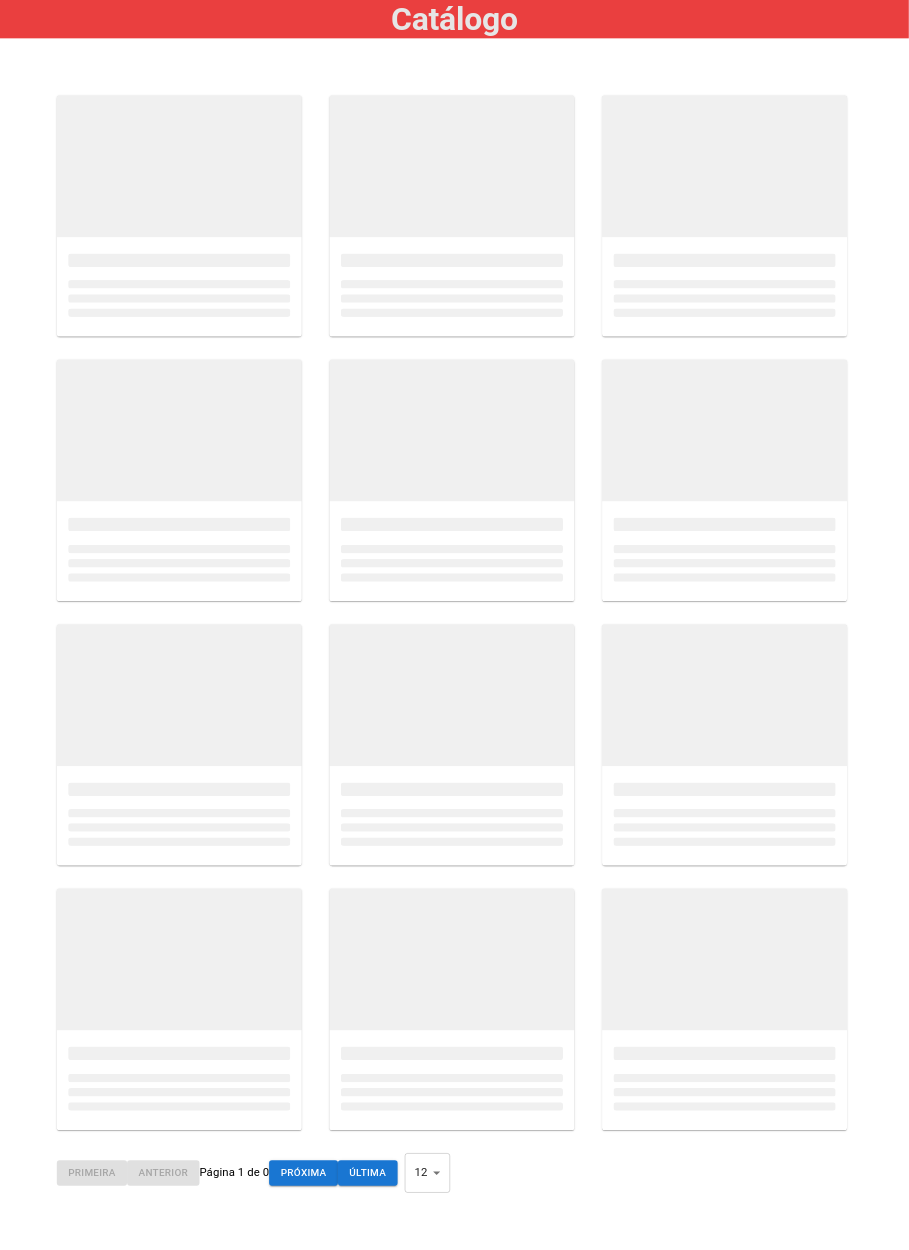
Repository: lenx0/PokeWiki-Front
Page: /
An editor plug-in stored every save of this project. The page is shown before and after the next save, followed by the edit.
The browser window is 1280 px wide. The pictures show the whole page, at 71% of full size.
The page's requests for data from a server got no answer. The project was rebuilt for these pictures with package versions that can differ from the ones it lists, and the page was loaded fresh each time. The framework's server and built-in components were replaced by stand-ins that run in the browser. No one was signed in, and anything a server would have sent is missing. Also part of the build but not shown: next.config.mjs.

Above is the page before, as saved 2024-02-16 22:16:49.

After the next save:
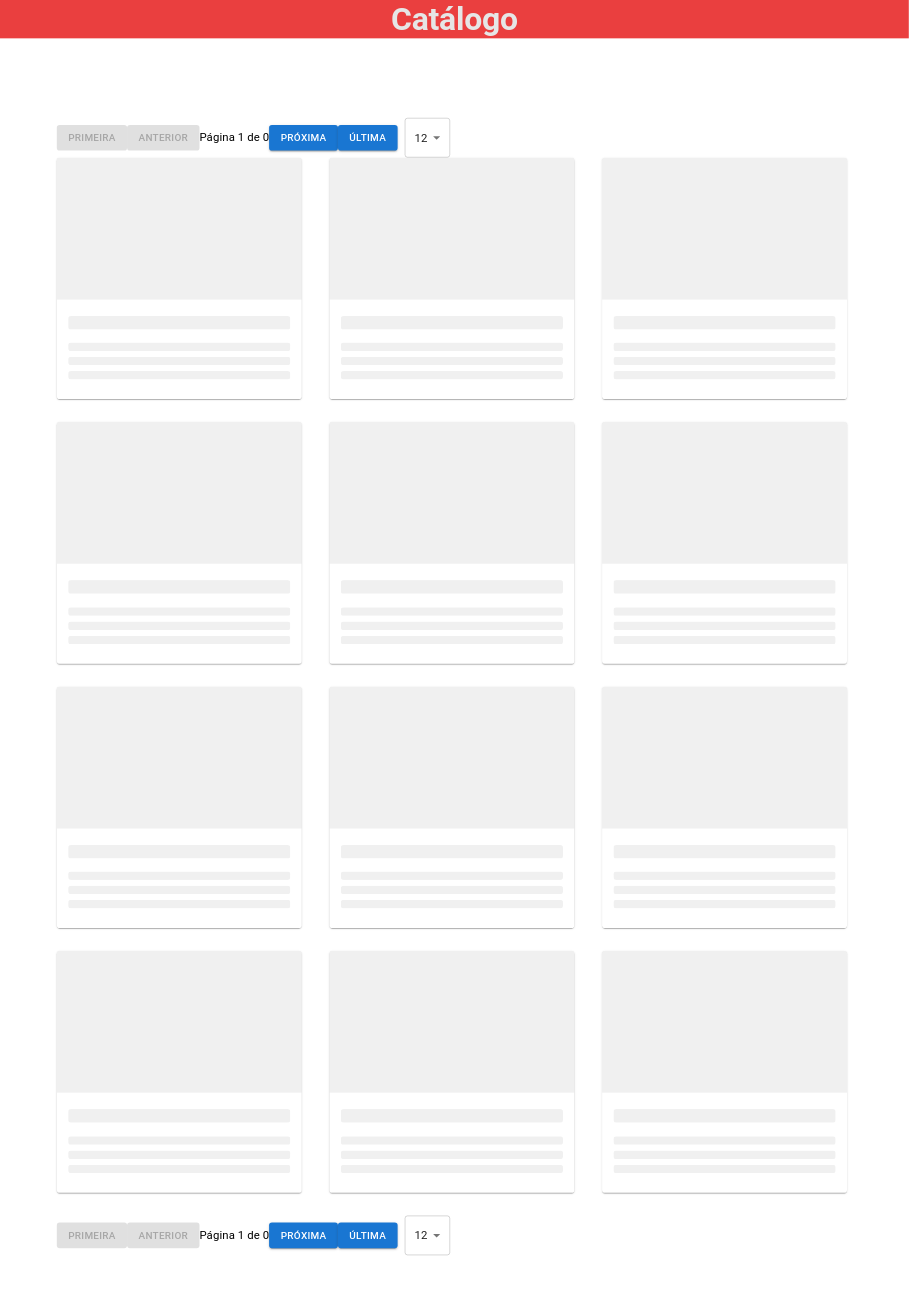
Saved 2 min 35 s later.
--- a/src/app/components/Cards/index.jsx
+++ b/src/app/components/Cards/index.jsx
@@ -14,6 +14,62 @@ import {
 import PokemonService from "@/services/PokemonService";
 import { capitalizeFirstLetter } from "@/services/utils/CapitalizeFirstLetter";
 import PokemonCardSkeleton from "../Skeleton";
+
+const Pagination = ({ page, totalPages, setPage, itemsPerPage, setItemsPerPage }) => {
+  const nextPage = () => {
+    setPage(page + 1);
+  };
+
+  const prevPage = () => {
+    setPage(page - 1);
+  };
+
+  const goToFirstPage = () => {
+    setPage(1);
+  };
+
+  const goToLastPage = () => {
+    setPage(totalPages);
+  };
+
+  const handleChangeItemsPerPage = (event) => {
+    const newItemsPerPage = parseInt(event.target.value);
+    setItemsPerPage(newItemsPerPage);
+    setPage(1); // Resetar para a primeira página ao alterar o número de itens por página
+  };
+
+  return (
+    <Box mt={4} display="flex" justifyContent="center" alignItems="center">
+      <Button variant="contained" onClick={goToFirstPage} disabled={page === 1}>
+        Primeira
+      </Button>
+      <Button variant="contained" onClick={prevPage} disabled={page === 1}>
+        Anterior
+      </Button>
+      <Typography variant="body1">
+        Página {page} de {totalPages}
+      </Typography>
+      <Button variant="contained" onClick={nextPage} disabled={page === totalPages}>
+        Próxima
+      </Button>
+      <Button variant="contained" onClick={goToLastPage} disabled={page === totalPages}>
+        Última
+      </Button>
+      <Select
+        value={itemsPerPage}
+        onChange={handleChangeItemsPerPage}
+        label="Itens por página"
+        variant="outlined"
+        style={{ marginLeft: 10 }}
+      >
+        <MenuItem value={6}>6</MenuItem>
+        <MenuItem value={12}>12</MenuItem>
+        <MenuItem value={24}>24</MenuItem>
+        <MenuItem value={48}>48</MenuItem>
+      </Select>
+    </Box>
+  );
+};
 
 export default function Cards() {
   const [pokemonList, setPokemonList] = useState([]);
@@ -49,30 +105,15 @@ export default function Cards() {
     getPokemon();
   }, [page, itemsPerPage]);
 
-  const nextPage = () => {
-    setPage(page + 1);
-  };
-
-  const prevPage = () => {
-    setPage(page - 1);
-  };
-
-  const goToFirstPage = () => {
-    setPage(1);
-  };
-
-  const goToLastPage = () => {
-    setPage(totalPages);
-  };
-
-  const handleChangeItemsPerPage = (event) => {
-    const newItemsPerPage = parseInt(event.target.value);
-    setItemsPerPage(newItemsPerPage);
-    setPage(1); // Resetar para a primeira página ao alterar o número de itens por página
-  };
-
   return (
     <>
+      <Pagination
+        page={page}
+        totalPages={totalPages}
+        setPage={setPage}
+        itemsPerPage={itemsPerPage}
+        setItemsPerPage={setItemsPerPage}
+      />
       <Grid container spacing={4}>
         {(loading || pokemonList.length === 0) &&
           Array.from({ length: itemsPerPage }).map((_, index) => (
@@ -123,35 +164,13 @@ export default function Cards() {
             </Grid>
           ))}
       </Grid>
-      <Box mt={4} display="flex" justifyContent="center" alignItems="center">
-        <Button variant="contained" onClick={goToFirstPage} disabled={page === 1}>
-          Primeira
-        </Button>
-        <Button variant="contained" onClick={prevPage} disabled={page === 1}>
-          Anterior
-        </Button>
-        <Typography variant="body1">
-          Página {page} de {totalPages}
-        </Typography>
-        <Button variant="contained" onClick={nextPage} disabled={page === totalPages}>
-          Próxima
-        </Button>
-        <Button variant="contained" onClick={goToLastPage} disabled={page === totalPages}>
-          Última
-        </Button>
-        <Select
-          value={itemsPerPage}
-          onChange={handleChangeItemsPerPage}
-          label="Itens por página"
-          variant="outlined"
-          style={{ marginLeft: 10 }}
-        >
-          <MenuItem value={6}>6</MenuItem>
-          <MenuItem value={12}>12</MenuItem>
-          <MenuItem value={24}>24</MenuItem>
-          <MenuItem value={48}>48</MenuItem>
-        </Select>
-      </Box>
+      <Pagination
+        page={page}
+        totalPages={totalPages}
+        setPage={setPage}
+        itemsPerPage={itemsPerPage}
+        setItemsPerPage={setItemsPerPage}
+      />
     </>
   );
 }
